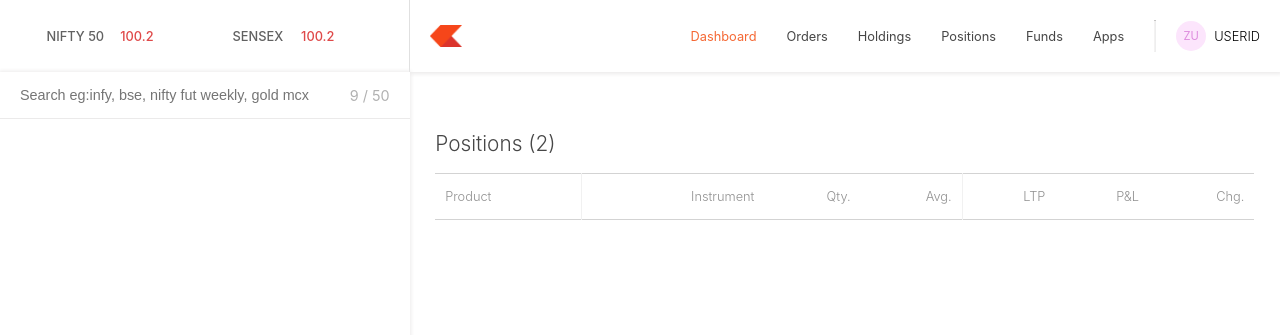
Repository: rushikesh-kolpe21/zerodha_4
Page: /positions (app in dashboard/)
The author's editor kept a copy of each file at every save. The page is drawn from the files as they stood at one save, then again after the next save.
The browser window is 1280 px wide. The pictures show the whole page.
The project was rebuilt for these pictures with package versions that can differ from the ones it lists, and the page was loaded fresh each time. Also part of the build but not shown: dashboard/vite.config.js, dashboard/src/components/Apps.jsx, dashboard/src/components/Funds.jsx, dashboard/src/components/Holdings.jsx, dashboard/src/components/Orders.jsx, dashboard/src/components/Summary.jsx.

Above is the page before, as saved 2025-03-25 07:47:28.

After the next save:
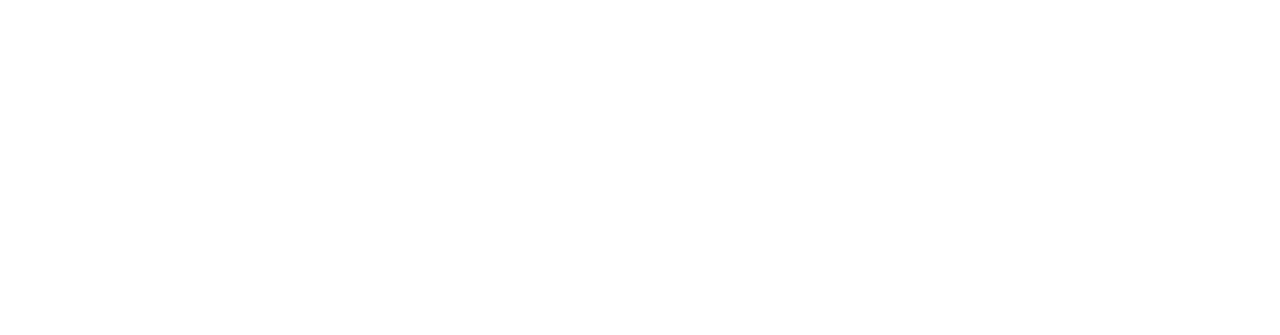
Console error: ReferenceError: pos is not defined
Saved 16 min 29 s later.
--- a/dashboard/src/components/Positions.jsx
+++ b/dashboard/src/components/Positions.jsx
@@ -1,9 +1,10 @@
 import React from "react";
+import { positions } from "../data/data";
 
 const Positions = () => {
   return (
     <>
-      <h3 className="title">Positions (2)</h3>
+      <h3 className="title">Positions ({positions.length})</h3>
 
       <div className="order-table">
         <table>
@@ -16,6 +17,29 @@
             <th>P&L</th>
             <th>Chg.</th>
           </tr>
+
+          {pos.map((stock, index)=>{
+             const currValue = stock.price * stock.qty;
+             const isProfit = currValue - stock.avg * stock.qty >= 0.0;
+             const profClass = isProfit ? "profit" : "loss";
+             const dayClass = stock.isLoss ? "loss" : "profit";
+
+             return(
+                 <tr key={index}>
+                  <td>{stock.product}</td>
+                 <td>{stock.name}</td>
+                 <td>{stock.qty}</td>
+                 <td>{stock.avg.toFixed(2)}</td>
+                 <td>{stock.price.toFixed(2)}</td>
+                 <td>{currValue.toFixed(2)}</td>
+                 <td className={profClass}>
+                   {(currValue - stock.avg * stock.qty).toFixed(2)}
+                 </td>
+                 <td className={profClass}>{stock.net}</td>
+                 <td className={dayClass}>{stock.day}</td>
+               </tr>
+             )
+                    })}
         </table>
       </div>
     </>

After the 2 saves that followed:
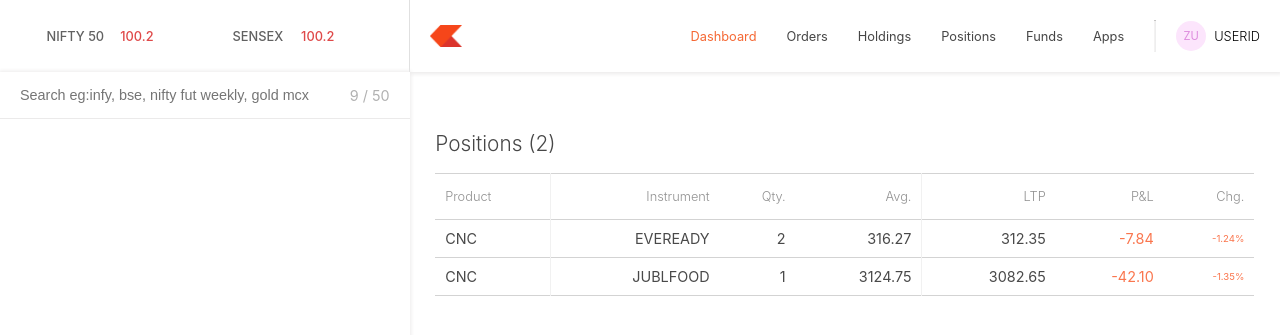
The error is gone.
The 2 saves are shown as one change because 1 left the picture as it was.
The last was saved 2 min 25 s later.
--- a/dashboard/src/components/Positions.jsx
+++ b/dashboard/src/components/Positions.jsx
@@ -18,7 +18,7 @@
             <th>Chg.</th>
           </tr>
 
-          {pos.map((stock, index)=>{
+          {positions.map((stock, index)=>{
              const currValue = stock.price * stock.qty;
              const isProfit = currValue - stock.avg * stock.qty >= 0.0;
              const profClass = isProfit ? "profit" : "loss";
@@ -31,11 +31,10 @@
                  <td>{stock.qty}</td>
                  <td>{stock.avg.toFixed(2)}</td>
                  <td>{stock.price.toFixed(2)}</td>
-                 <td>{currValue.toFixed(2)}</td>
+
                  <td className={profClass}>
                    {(currValue - stock.avg * stock.qty).toFixed(2)}
                  </td>
-                 <td className={profClass}>{stock.net}</td>
                  <td className={dayClass}>{stock.day}</td>
                </tr>
              )
